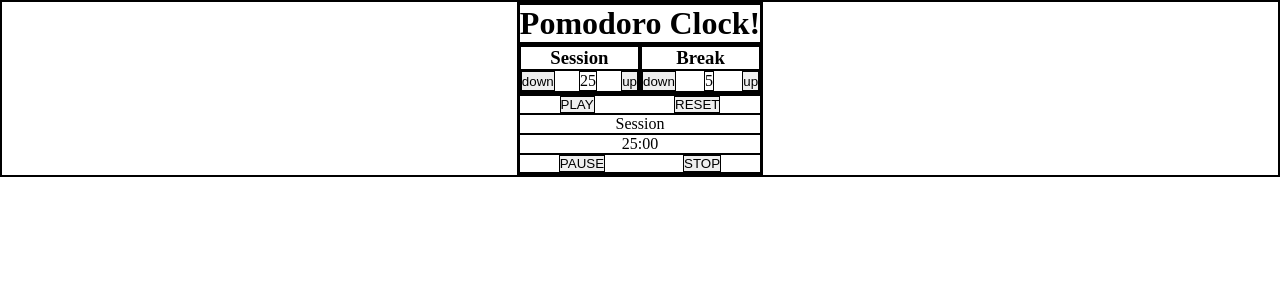
Repository: mcostigliola/pomodoroTimer
Page: index.html
The author's editor kept a copy of each file at every save. The page is drawn from the files as they stood at one save, then again after the next save.
The browser window is 1280 px wide. The pictures show the whole page.

Above is the page before, as saved 2020-05-29 19:59:46.

### index.html
<!DOCTYPE html>
<html>
<head>
  <meta charset='utf-8'>
  <meta http-equiv='X-UA-Compatible' content='IE=edge'>
  <title>Page Title</title>
  <meta name='viewport' content='width=device-width, initial-scale=1'>
  <link rel='stylesheet' type='text/css' media='screen' href='main.css'>
</head>
<body>
  <div id="main-container">
    <div id="title-watch">
      <h1>Pomodoro Clock!</h1>
    </div>

    <div id="session-container">
      <div class="timer-configurator">
        <h3 class="cnfg-name">Session</h3>
        <div class="cnfg-controller">
          <button id="session-down" class="arrow-down">
            down
          </button>
          <div id="session-minute" class="config-minute"></div>
          <button id="session-up" class="arrow-up">
            up
          </button>
        </div>
      </div>
      <div class="timer-configurator">
        <h3 class="cnfg-name">Break</h3>
        <div class="cnfg-controller">
          <button id="break-down" class="arrow-down">
            down
          </button>
          <div id="break-minute" class="config-minute"></div>
          <button id="break-up" class="arrow-up">
            up
          </button>
        </div>
      </div>
    </div>

    <div id="timer-container">
       <div class="btn-container">
         <button id="btn-play">PLAY</button>
         <button id="btn-refresh">RESET</button>
       </div>

       <p>Session</p>
       <p id="timer">25:00</p>
       <div class="btn-container">
         <button id="btn-pause">PAUSE</button>
         <button id="btn-stop">STOP</button>
       </div>

    </div>
  </div>

  <script src='main.js'></script>
</body>
</html>

### main.css
*{
    border: 1px solid black;
    box-sizing: border-box;
    margin:0;
    padding:0;
}

body{
    display: flex;
    flex-flow: column;
}

#main-container{
    display: flex;
    flex-flow: column;
    margin: auto;
}

#session-container{
    display: flex;
}

#timer-container p{
    text-align: center;
}

.btn-container{
    display: flex;
    justify-content: space-around;
}

.cnfg-controller{
    display: flex;
    justify-content: space-between;
}


.timer-configurator{
    display: flex;
    flex-flow: column;
    width: 50%;
}

.timer-configurator h3{
    text-align: center;
}

.timer-container{
    display:flex;
    flex-flow: column;
}

### main.js
const MAX_CNFG_VALUE = 99;
let configSessionMinutes = 25;
let configBreakMinutes = 5;
let timerMinutes = configSessionMinutes;
let timerSeconds = 3;
let interval = 0;
let isPaused = false;

document.getElementById('session-minute').innerText = configSessionMinutes.toString();
document.getElementById('break-minute').innerText = configBreakMinutes.toString();

document.getElementById('session-up').addEventListener('click', raiseSessionMinutes);
document.getElementById('session-down').addEventListener('click', decreaseSessionMinutes);
document.getElementById('break-up').addEventListener('click', raiseBreakMinutes);
document.getElementById('break-down').addEventListener('click', decreaseBreakMinutes);

function raiseSessionMinutes(){
  if(configSessionMinutes < MAX_CNFG_VALUE){
    configSessionMinutes++;
    document.getElementById('session-minute').innerText = configSessionMinutes.toString();
  }
}

function decreaseSessionMinutes(){
    if(configSessionMinutes > 0){
      configSessionMinutes--;
        document.getElementById('session-minute').innerText = configSessionMinutes.toString();
    }
}

function raiseBreakMinutes(){
  if(configBreakMinutes < MAX_CNFG_VALUE){
    configBreakMinutes++;
    document.getElementById('break-minute').innerText = configBreakMinutes.toString();
  }
}

function decreaseBreakMinutes(){
  if(configBreakMinutes > 0){
    configBreakMinutes--;
      document.getElementById('break-minute').innerText = configBreakMinutes.toString();
  }
}

function updateDisplay(){
  let timer = '';
  timerMinutes < 10 ? timer = `0${timerMinutes}`: timer = timerMinutes;
  timerSeconds < 10 ? timer += `:0${timerSeconds}`: timer += `:${timerSeconds}`;
  document.getElementById('timer').innerText = timer;
}

function countdown(){
   interval = setInterval(decreaseSeconds, 1000);
}

function decreaseSeconds(){
  if(isPaused === true){
    clearInterval(interval);
    return;
  }
  console.log("deacreseSeconds is active")
  if (timerSeconds > 0){
        timerSeconds--;
        updateDisplay();
  }else{
      if (timerMinutes > 0){
        timerMinutes--;
        timerSeconds = 59;
        updateDisplay();
      } else {
        isPaused = true;
      }
    }
}

After the next save:
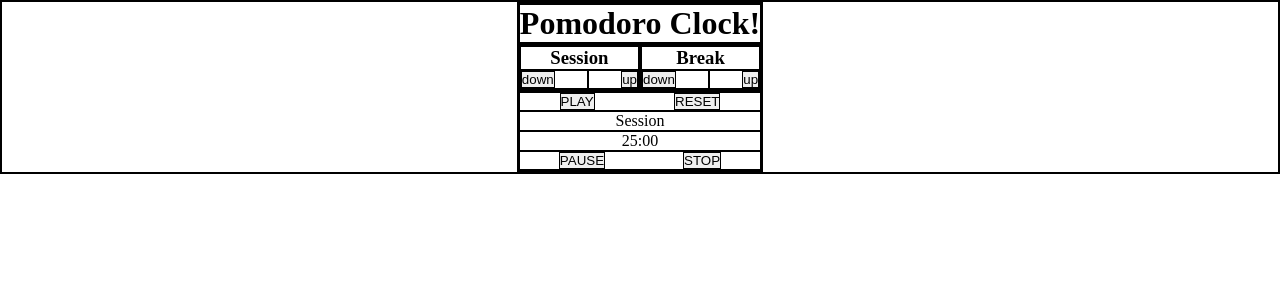
Console error: SyntaxError: Unexpected token ')'
Saved 2 min 19 s later.
--- a/main.js
+++ b/main.js
@@ -50,19 +50,15 @@
 }
 
 function countdown(){
-   interval = setInterval(decreaseSeconds, 1000);
-}
-
-function decreaseSeconds(){
-  if(isPaused === true){
-    clearInterval(interval);
-    return;
-  }
-  console.log("deacreseSeconds is active")
-  if (timerSeconds > 0){
-        timerSeconds--;
-        updateDisplay();
-  }else{
+   interval = setInterval(() => {
+    if(isPaused === true){
+      clearInterval(interval);
+      return;
+    }
+    if (timerSeconds > 0){
+          timerSeconds--;
+          updateDisplay();
+    }else{
       if (timerMinutes > 0){
         timerMinutes--;
         timerSeconds = 59;
@@ -71,4 +67,24 @@
         isPaused = true;
       }
     }
+   }), 1000);
 }
+
+function decreaseSeconds(){
+  if(isPaused === true){
+    clearInterval(interval);
+    return;
+  }
+  if (timerSeconds > 0){
+        timerSeconds--;
+        updateDisplay();
+  }else{
+    if (timerMinutes > 0){
+      timerMinutes--;
+      timerSeconds = 59;
+      updateDisplay();
+    } else {
+      isPaused = true;
+    }
+  }
+}

After the 5 saves that followed:
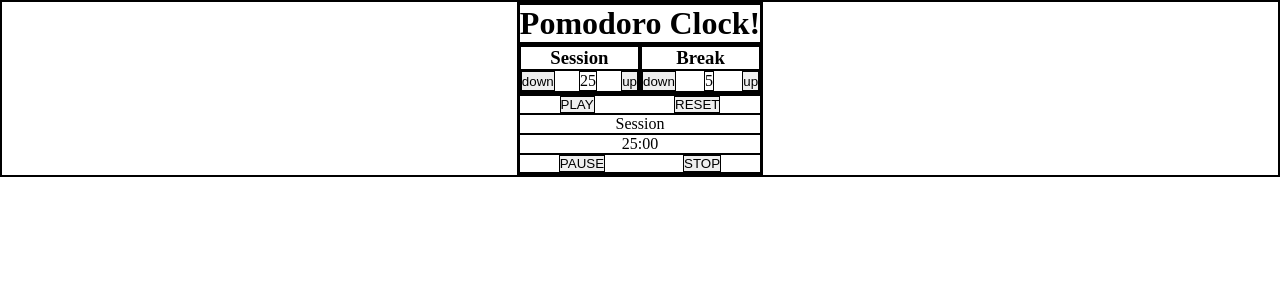
The error is gone.
The 5 saves are shown as one change because 2 left the picture as it was and some came seconds apart.
The last was saved 54 s later.
--- a/main.js
+++ b/main.js
@@ -67,7 +67,7 @@
         isPaused = true;
       }
     }
-   }), 1000);
+   }, 1000);
 }
 
 function decreaseSeconds(){
